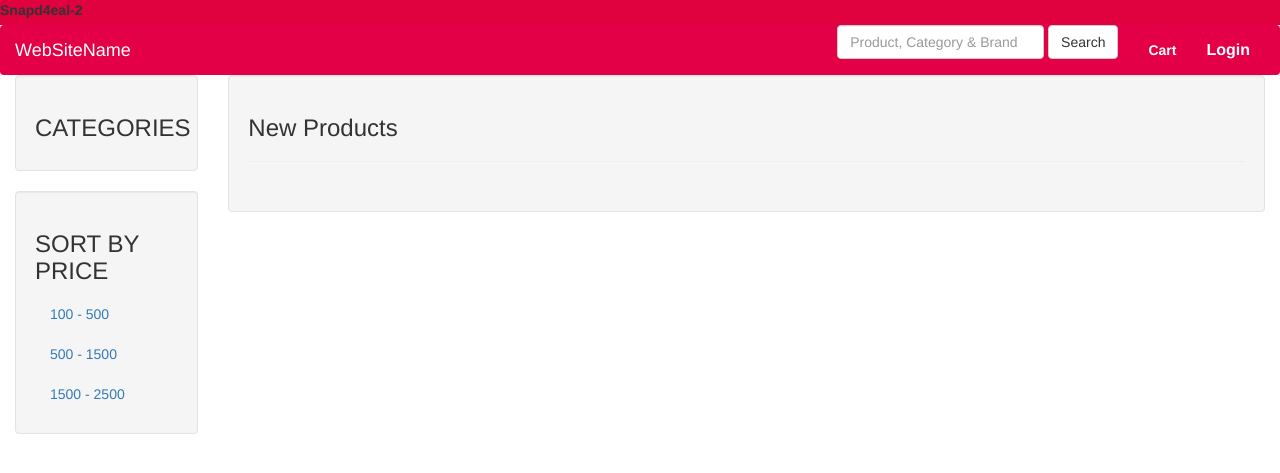
Repository: Aryans26/project
Page: http://localhost/frontend/WEB-INF/views/index.jsp
An editor plug-in stored every save of this project. The page is shown before and after the next save, followed by the edit.
The browser window is 1280 px wide. The pictures show the whole page.
Some web libraries are served in a nearby version. The page is served by Tomcat 9. Nobody is signed in. The template is opened directly, without the code that normally fills it, so the values that code supplies are empty.

Above is the page before, as saved 2017-06-20 10:42:35.

After the next save:
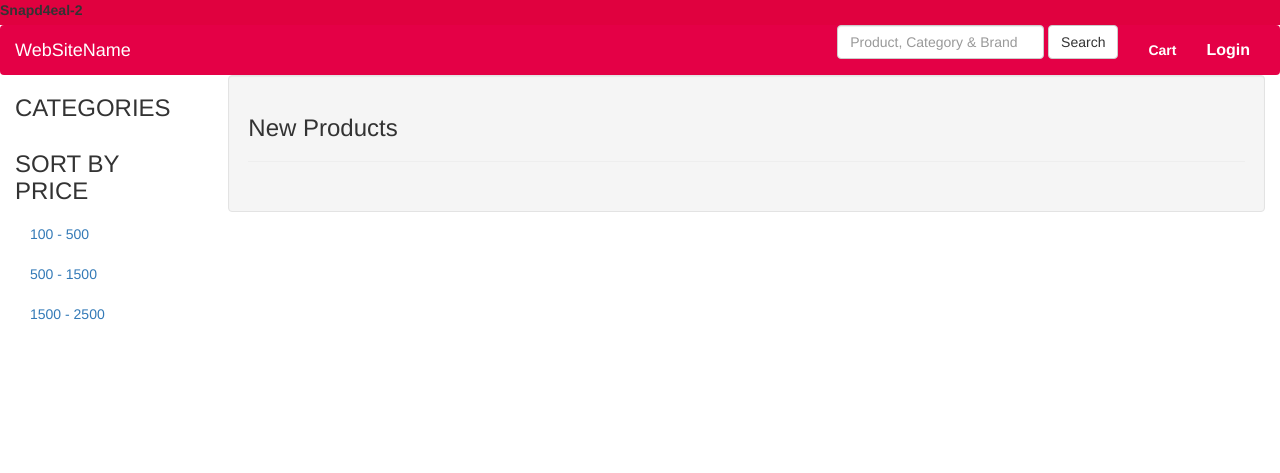
Saved 103 s later.
--- a/frontend/src/main/webapp/WEB-INF/views/allproducts.jsp
+++ b/frontend/src/main/webapp/WEB-INF/views/allproducts.jsp
@@ -20,7 +20,7 @@
 
 
 <div id="" class="col-md-2">
-<div class="well well-small">
+
 <h3>CATEGORIES</h3>
 	<ul class="nav nav-list">
 		<c1:forEach items="${categories}" var="cat">
@@ -33,8 +33,8 @@
 <!-- 		<li style="border:0"> &nbsp;</li> -->
 <!-- 		<li> <a class="totalInCart" href="cart.html"><strong>Total Amount  <span class="badge badge-warning pull-right" style="line-height:18px;">$448.42</span></strong></a></li> -->
 	</ul>
-</div>
-<div class="well well-small">
+
+
 <h3>SORT BY PRICE</h3>
 	<ul class="nav nav-list">
 
@@ -48,7 +48,7 @@
 <!-- 		<li style="border:0"> &nbsp;</li> -->
 <!-- 		<li> <a class="totalInCart" href="cart.html"><strong>Total Amount  <span class="badge badge-warning pull-right" style="line-height:18px;">$448.42</span></strong></a></li> -->
 	</ul>
-</div>
+
 </div>
 
 
